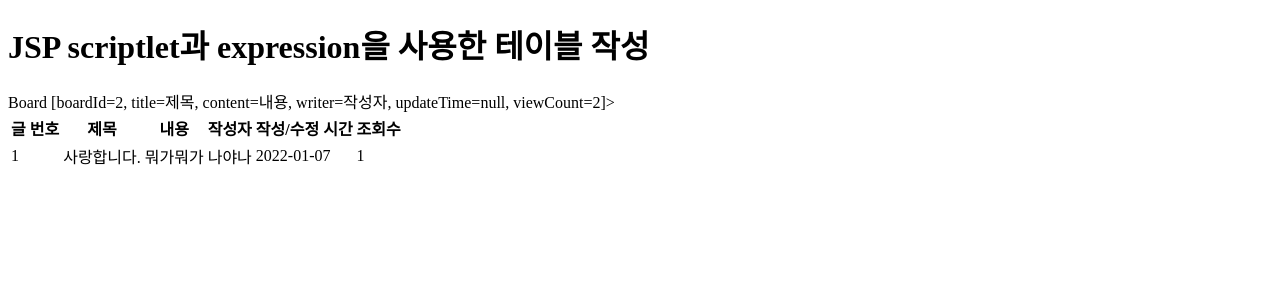
Repository: ljh5973/labweb
Page: http://localhost/JSP02/04_table.jsp
An editor plug-in stored every save of this project. The page is shown before and after the next save, followed by the edit.
The browser window is 1280 px wide. The pictures show the whole page.
The page is served by Tomcat 9. Other server files are loaded and not shown.

Above is the page before, as saved 2022-01-07 06:58:31.

### JSP02/webapp/04_table.jsp
<%@page import="java.sql.Date"%>
<%@page import="java.text.SimpleDateFormat"%>
<%@page import="java.util.ArrayList"%>
<%@page import="edu.web.model.Board"%>
<%@ page language="java" contentType="text/html; charset=UTF-8"
    pageEncoding="UTF-8"%>
<%@ page trimDirectiveWhitespaces="true"%>
<!DOCTYPE html>
<html>
	<head>
		<meta charset="UTF-8">
		<title>Insert title here</title>
	</head>
	<body>


	<h1>JSP scriptlet과 expression을 사용한 테이블 작성</h1>

	<%--
		Model 클래스 : Board
			boardId: 글 번호 (int)
			title: 제목		(String)
			content: 내용		(String)
			writer: 작성자	(String)
			updateTime: 작성/수정 시간 (date)
			viewCount: 조회수(int)


		Board를 저장하는 ArraytList를 선언, 생성.
		ArrayList에 더미 데이터를 저장.
	 --%>
	 <% Board board=new Board();
	 	ArrayList<Board> list=new ArrayList<>();
	 	SimpleDateFormat f= new SimpleDateFormat("yyyy-MM-dd HH:mm:ss");

	 	long now=System.currentTimeMillis();
	 	Date time= new Date(now);


	 	Board test=new Board(2,"제목", "내용", "작성자", null, 2);

	 	list.add(new Board(1,"사랑합니다.", "뭐가뭐가", "나야나",time, 1));
	 %>
	 <%=test %>>
	 <table>
	 	<thead>
	 		<tr>
	 			<th>글 번호</th>
	 			<th>제목 </th>
	 			<th>내용</th>
	 			<th>작성자</th>
	 			<th>작성/수정 시간</th>
	 			<th>조회수</th>
	 		</tr>
	 	</thead>
	 	<tbody>
	 		<%for (Board b: list){%>
	 			<tr>
	 				<td><%=b.getBoardId() %></td>
	 				<td><%=b.getTitle()%></td>
	 				<td><%=b.getContent() %></td>
	 				<td><%=b.getWriter()%></td>
	 				<td><%=b.getUpdateTime() %></td>
	 				<td><%=b.getViewCount()%></td>
	 			</tr>
	 		<% }%>
	 	</tbody>
	 </table>
	</body>
</html>

### JSP02/src/edu/web/model/Board.java
package edu.web.model;

import java.sql.Date;

public class Board {

	private int boardId;
	private String title;
	private String content;
	private String writer;
	private Date updateTime;
	private int viewCount;

	public Board() {
		// TODO Auto-generated constructor stub
	}

	public Board(int boardId, String title, String content, String writer, Date updateTime, int viewCount) {
		this.boardId = boardId;
		this.title = title;
		this.content = content;
		this.writer = writer;
		this.updateTime = updateTime;
		this.viewCount = viewCount;
	}

	public int getBoardId() {
		return boardId;
	}

	public void setBoardId(int boardId) {
		this.boardId = boardId;
	}

	public String getTitle() {
		return title;
	}

	public void setTitle(String title) {
		this.title = title;
	}

	public String getContent() {
		return content;
	}

	public void setContent(String content) {
		this.content = content;
	}

	public String getWriter() {
		return writer;
	}

	public void setWriter(String writer) {
		this.writer = writer;
	}

	public Date getUpdateTime() {
		return updateTime;
	}

	public void setUpdateTime(Date updateTime) {
		this.updateTime = updateTime;
	}

	public int getViewCount() {
		return viewCount;
	}

	public void setViewCount(int viewCount) {
		this.viewCount = viewCount;
	}

	@Override
	public String toString() {
		return "Board [boardId=" + boardId + ", title=" + title + ", content=" + content + ", writer=" + writer
				+ ", updateTime=" + updateTime + ", viewCount=" + viewCount + "]";
	}





}

After the next save:
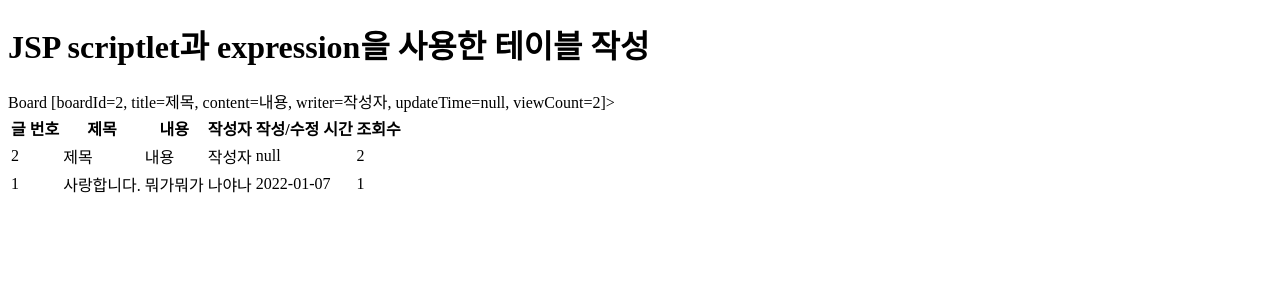
Saved 20 s later.
--- a/JSP02/webapp/04_table.jsp
+++ b/JSP02/webapp/04_table.jsp
@@ -38,7 +38,7 @@
 
 
 	 	Board test=new Board(2,"제목", "내용", "작성자", null, 2);
-
+	 	list.add(test);
 	 	list.add(new Board(1,"사랑합니다.", "뭐가뭐가", "나야나",time, 1));
 	 %>
 	 <%=test %>>
